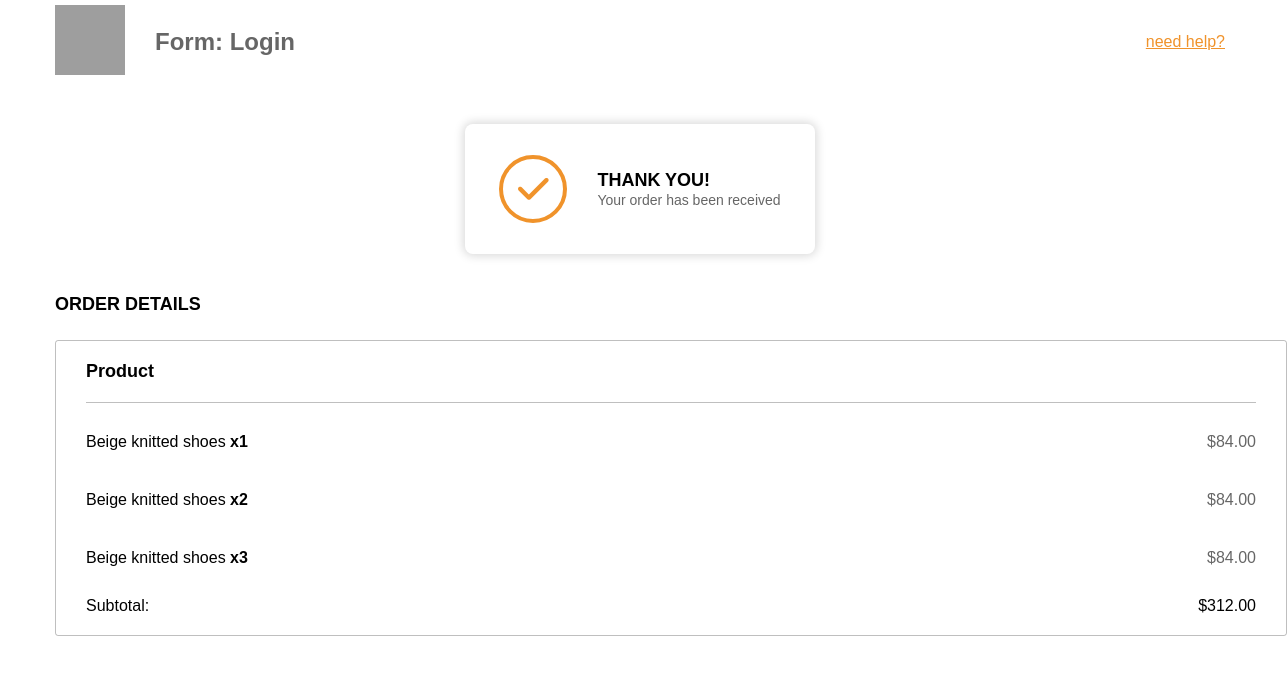
Repository: NguyenDucHung20002/project-homev1
Page: checkout/checkout.html
An editor plug-in stored every save of this project. The page is shown before and after the next save, followed by the edit.
The browser window is 1280 px wide. The page is 1287 px wide, so the pictures cover 1287 px, including what lies to the right of the window. The pictures show the whole page.
Pictures or frames that could not be fetched are drawn as grey boxes. The style sheet was rebuilt from its Sass, Less or Tailwind sources for each picture, by a compiler version that may differ from the author's.

Above is the page before, as saved 2022-09-20 10:20:07.

### checkout/checkout.html
<!DOCTYPE html>
<html lang="en">

<head>
    <meta charset="UTF-8">
    <meta http-equiv="X-UA-Compatible" content="IE=edge">
    <meta name="viewport" content="width=device-width, initial-scale=1.0">
    <!-- <link rel="stylesheet" href="../reset.css"> -->
    <link rel="stylesheet" href="../fontawesome-free-6.1.2-web/css/all.min.css">
    <link rel="stylesheet" href="../dist/css/checkout.css">
    <title>Document</title>
    <link rel="icon" href="/icon/favicon.png">
</head>

<body>
    <header>
        <div class="header">
            <div class="container">
                <div class="header-right">
                    <a href="../homev1.html"><img
                            src="http://wp.0effortthemes.com/themes/veggie/wp-content/uploads/2016/06/header-v3-logo.png"
                            alt=""></a>
                    <h2 class="name-form">Form: Login</h2>
                </div>
                <div class="header-left">
                    <a href="" class="help">need help?</a>
                </div>
            </div>
        </div>
    </header>

    <div class="content">
        <div class="container">
            <div class="thank-you">
                <i class="fa-solid fa-check"></i>
                <div class="title">
                    <span><strong>THANK YOU!</strong></span><br>
                    <span>Your order has been received</span>
                </div>
            </div>
            <span class="title-order-details"><strong>ORDER DETAILS</strong></span>
            <div class="order-details">
                <span class="title-product"><strong>Product</strong></span>
                <div class="cart-items">
                    <div class="items">
                        <span class="name-items">Beige knitted shoes <strong>x1</strong></span>
                        <span class="price-items">$84.00</span>
                    </div>
                    <div class="items">
                        <span class="name-items">Beige knitted shoes <strong>x2</strong></span>
                        <span class="price-items">$84.00</span>
                    </div>
                    <div class="items">
                        <span class="name-items">Beige knitted shoes <strong>x3</strong></span>
                        <span class="price-items">$84.00</span>
                    </div>
                </div>
                <div class="sub-total">
                    <span class="title-subtotal">Subtotal:</span>
                    <span class="total-price">$312.00</span>
                </div>
            </div>
        </div>
    </div>

</body>

<script src="https://cdnjs.cloudflare.com/ajax/libs/jquery/3.6.0/jquery.min.js"
    integrity="sha512-894YE6QWD5I59HgZOGReFYm4dnWc1Qt5NtvYSaNcOP+u1T9qYdvdihz0PPSiiqn/+/3e7Jo4EaG7TubfWGUrMQ=="
    crossorigin="anonymous" referrerpolicy="no-referrer"></script>
<script src="./checkout.js"></script>

</html>

### checkout/checkout.js
// $(".btn-checkout").click((e) => {
//   e.preventDefault();
// });

### checkout/checkout.scss
* {
  font-family: "Poppins", sans-serif;
}
body {
  position: relative;
}
.container {
  margin: 0 auto;
  width: 1170px;
}
header {
  width: 100%;
  position: fixed;
  top: 0;
  left: 0;
  z-index: 10000;
  background-color: rgba(#ffffff, 0.8);
  .header {
    .container {
      display: flex;
      align-items: center;
      justify-content: space-between;
      padding: 5px;
      .header-right {
        display: flex;
        justify-content: flex-start;
        align-items: center;
        a {
          img {
            width: 70px;
            height: 70px;
          }
        }
        .name-form {
          color: #666;
          margin-left: 30px;
        }
      }
      .header-left {
        a {
          color: #f0932b;
        }
      }
    }
  }
}
.content {
  .container {
    background-color: #ffffff;
    margin-top: 84px;
    padding: 40px 0px;
    .thank-you {
      display: flex;
      align-items: center;
      justify-content: center;
      width: 350px;
      height: 130px;
      margin: 0 auto;
      border-radius: 8px;
      box-shadow: 0px 0px 10px 2px rgba(0, 0, 0, 0.15);
      i {
        color: #f0932b;
        text-align: center;
        line-height: 60px;
        width: 60px;
        height: 60px;
        border: 4px solid #f0932b;
        border-radius: 50%;
        font-size: 35px;
        font-weight: bold;
        margin-right: 30px;
      }
      .title {
        span {
          font-size: 14px;
          color: #666;
        }
        strong {
          color: black;
          font-size: 18px;
        }
      }
    }
    .title-order-details {
      display: inline-block;
      margin: 40px 0px 25px;
      color: black;
      font-size: 18px;
    }
    .order-details {
      width: 100%;
      border-radius: 3px;
      padding: 20px 30px;
      border: 0.5px solid rgba(0, 0, 0, 0.25);
      .title-product {
        display: inline-block;
        width: 100%;
        font-size: 18px;
        font-weight: bold;
        padding-bottom: 20px;
        border-bottom: 0.5px solid rgba(0, 0, 0, 0.25);
      }
      .cart-items {
        padding: 10px 0px;
        .items {
          display: flex;
          align-items: center;
          justify-content: space-between;
          padding: 20px 0px;
          .name-items {
          }
          .price-items {
            color: #666;
          }
        }
      }
      .sub-total {
        display: flex;
        align-items: center;
        justify-content: space-between;
      }
    }
  }
}

Loaded but not shown: fontawesome-free-6.1.2-web/css/all.min.css (library)

After the next save:
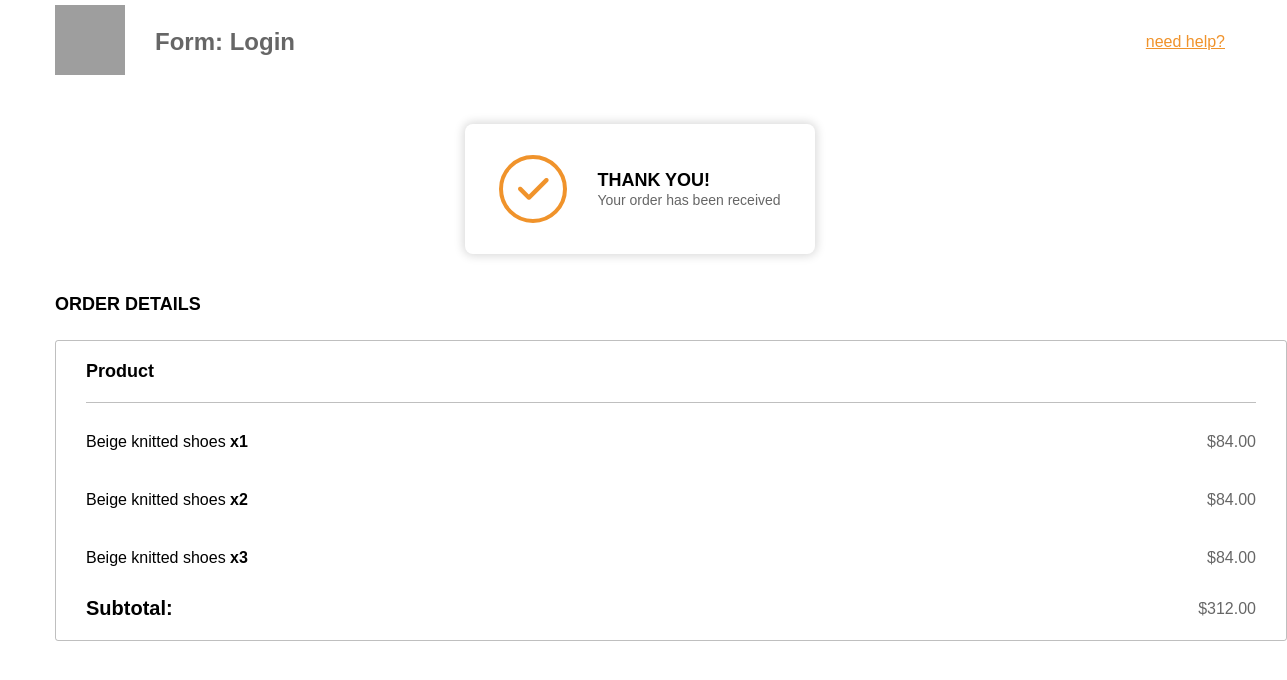
Saved 18 s later.
--- a/checkout/checkout.scss
+++ b/checkout/checkout.scss
@@ -118,6 +118,13 @@ header {
         display: flex;
         align-items: center;
         justify-content: space-between;
+        .title-subtotal {
+          font-size: 20px;
+          font-weight: bold;
+        }
+        .total-price {
+          color: #666;
+        }
       }
     }
   }
